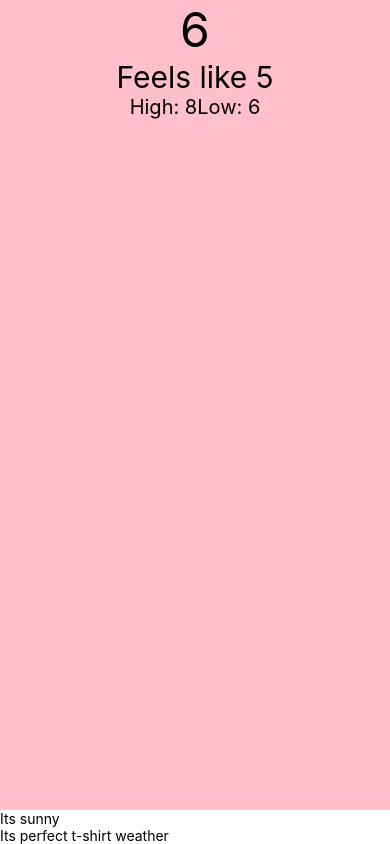
Repository: akinmiday/fcc
Screen: / (app in WeatherApp/)
An editor plug-in stored every save of this project. The screen is shown before and after the next save, followed by the edit.
The app was drawn by React Native's web renderer in a window 390 px wide. The project was rebuilt for these pictures with package versions that can differ from the ones it lists, and the page was loaded fresh each time.

Above is the screen before, as saved 2023-07-18 07:22:32.

### WeatherApp/App.js
import React from "react";
import { View, Text, SafeAreaView, StyleSheet } from "react-native";

const App = () =>{
  return(
   <SafeAreaView style={styles.wrapper} >
     <View style={styles.container} >
      <Text style={styles.temp} >6</Text>
      <Text style={styles.feels} >Feels like 5</Text>
      <View style={styles.highLowWrapper} >
        <Text style={styles.highLow} >High: 8</Text>
        <Text style={styles.highLow} >Low: 6</Text>
      </View>
     </View>
     <View style={styles.bodyWrapper} >
        <Text style={styles.description} >Its sunny</Text>
        <Text style={styles.message} >Its perfect t-shirt weather</Text>
      </View>
   </SafeAreaView>
  )
}

const styles= StyleSheet.create({
  wrapper:{
    flex:1
  },
  container:{
    backgroundColor: 'pink',
    flex:1,
    alignItems: 'center'
  },
  temp:{
    color:'black',
    fontSize:48
  },
  feels:{
    fontSize: 30,
    color:'black'
  },
  highLow:{
    color:'black',
    fontSize: 20
  },
  highLowWrapper:{
    flexDirection: 'row'
  },
  bodyWrapper:{
    justifyContent: 'flex-end',
    alignItems: 'flex-start'
  },
  description:{

  },
  message:{

  }
})

export default App

After the next save:
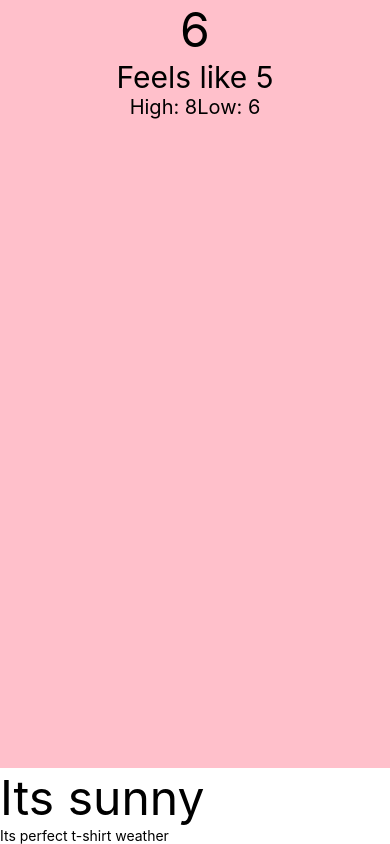
Saved 19 s later.
--- a/WeatherApp/App.js
+++ b/WeatherApp/App.js
@@ -49,7 +49,7 @@ const styles= StyleSheet.create({
     alignItems: 'flex-start'
   },
   description:{
-
+    fontSize:48
   },
   message:{
 
